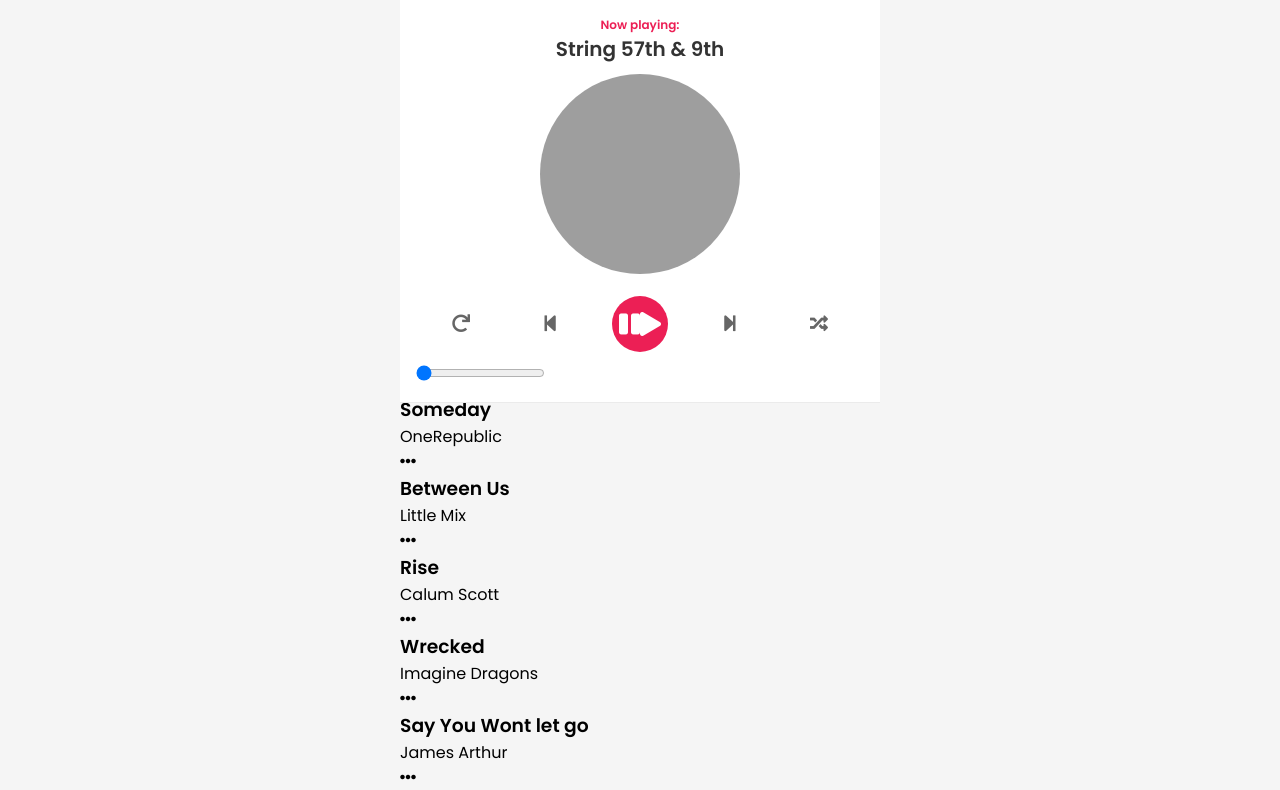
Repository: maivannhan1998/MusicPlayer.github.io
Page: index.html
These files come from the project's save history. The page is drawn as it stood at one moment and after the next save; the edit follows.
The browser window is 1280 px wide. The pictures show the whole page.
Pictures or frames that could not be fetched are drawn as grey boxes.

Above is the page before, as saved 2021-11-09 15:50:14.

### index.html
<!DOCTYPE html>
<html lang="en">
<head>
    <meta charset="UTF-8">
    <meta http-equiv="X-UA-Compatible" content="IE=edge">
    <meta name="viewport" content="width=device-width, initial-scale=1.0">
    <title>CodePlayMusic</title>
    <link rel="stylesheet" href="./assets/css/main.css">
    <link rel="stylesheet" href="https://cdnjs.cloudflare.com/ajax/libs/font-awesome/5.15.2/css/all.min.css" integrity="sha512-HK5fgLBL+xu6dm/Ii3z4xhlSUyZgTT9tuc/hSrtw6uzJOvgRr2a9jyxxT1ely+B+xFAmJKVSTbpM/CuL7qxO8w==" crossorigin="anonymous" />
    <link rel="preconnect" href="https://fonts.gstatic.com">
    <link href="https://fonts.googleapis.com/css2?family=Poppins:wght@300;400;600&display=swap" rel="stylesheet">
</head>
<body>
    <div class="player">
        <!-- Dashboard -->
        <div class="dashboard">
          <!-- Header -->
          <header>
            <h4>Now playing:</h4>
            <h2>String 57th & 9th</h2>
          </header>

          <!-- CD -->
          <div class="cd">
            <div class="cd-thumb">
            </div>
          </div>

          <!-- Control -->
          <div class="control">
                <div class="btn btn-repeat">
                    <i class="fas fa-redo"></i>
                </div>
                <div class="btn btn-prev">
                    <i class="fas fa-step-backward"></i>
                </div>
                <div class="btn btn-toggle-play">
                    <i class="fas fa-pause icon-pause"></i>
                    <i class="fas fa-play icon-play"></i>
                </div>
                <div class="btn btn-next">
                    <i class="fas fa-step-forward"></i>
                </div>
                <div class="btn btn-random">
                    <i class="fas fa-random"></i>
                </div>
          </div>

          <input id="progress" class="progress" type="range" value="0" step="1" min="0" max="100">

          <audio id="audio" src=""></audio>
        </div>

        <!-- Playlist -->
        <div class="playlist">

        </div>
      </div>
      <script>
         const $ = document.querySelector.bind(document);
         const $$ = document.querySelectorAll.bind(document);

         const app = {

            currentIndex: 0,

            songs: [
                 {
                     name: 'Easy On Me',
                     singer: 'adele',
                     path: './assets/music/song1.mp3',
                     image: './assets/img/img1.jpg'
                 }, {
                     name: 'One Right Now',
                     singer: 'Post Malone, The Weeknd',
                     path: './assets/music/song2.mp3',
                     image: './assets/img/img2.jpg'
                 }, {
                     name: 'For Tonight',
                     singer: 'Giveon',
                     path: './assets/music/song3.mp3',
                     image: './assets/img/img3.jpg'
                 }, {
                     name: 'Cold Heart',
                     singer: 'Elton John, Dua Lipa',
                     path: './assets/music/song4.mp3',
                     image: './assets/img/img4.jpg'
                 }, {
                     name: 'STAY',
                     singer: 'The Kid LAROI, Justin Bieber',
                     path: './assets/music/song5.mp3',
                     image: './assets/img/img5.jpg'
                 }, {
                     name: 'Someday',
                     singer: 'OneRepublic',
                     path: './assets/music/song6.mp3',
                     image: './assets/img/img6.jpg'
                 }, {
                     name: 'Between Us',
                     singer: 'Little Mix',
                     path: './assets/music/song7.mp3',
                     image: './assets/img/img7.jpg'
                 }, {
                     name: 'Rise',
                     singer: 'Calum Scott',
                     path: './assets/music/song8.mp3',
                     image: './assets/img/img8.jpg'
                 }, {
                     name: 'Wrecked',
                     singer: 'Imagine Dragons',
                     path: './assets/music/song9.mp3',
                     image: './assets/img/img9.jpg'
                 }, {
                     name: 'Say You Wont let go',
                     singer: 'James Arthur',
                     path: './assets/music/song10.mp3',
                     image: './assets/img/img10.jpg'
                 }
             ],

            render: function(){
                const htmls = this.songs.map((song) => {
                    return `
                        <div class="song">
                            <div class="thumb"
                                style="background-image: url('${song.image}')">
                            </div>
                            <div class="body">
                                <h3 class="title">${song.name}</h3>
                                <p class="author">${song.singer}</p>
                            </div>
                            <div class="option">
                                <i class="fas fa-ellipsis-h"></i>
                            </div>
                        </div>
                    `
                })
                $('.playlist').innerHTML = htmls.join('')
            },

            handleEvents: function() {
                const cd = $('.cd')
                const cdWidth  = cd.offsetWidth;

                 document.onscroll = function () {
                    const scrollTop = window.scrollY || document.documentElement.scrollTop;
                    const newCdWidth = cdWidth - scrollTop;

                    cd.style.width = newCdWidth > 0 ? newCdWidth + 'px' : 0;
                    cd.style.opacity = newCdWidth / cdWidth;
                 }
            },
            getCurrentSong: function() {
                return this.songs[this.currentIndex];
            },
            start: function() {

                this.handleEvents();

                console.log(this.getCurrentSong())

                this.render();
            }
        }

        app.start();

      </script>
</body>
</html>

### assets/css/main.css
:root {
  --primary-color: #ec1f55;
  --text-color: #333;
}

* {
  padding: 0;
  margin: 0;
  box-sizing: inherit;
}

body {
  background-color: #f5f5f5;
}

html {
  box-sizing: border-box;
  font-family: "Poppins", sans-serif;
}

.player {
  position: relative;
  max-width: 480px;
  margin: 0 auto;
}

.dashboard {
  position: fixed;
  padding: 16px 16px 14px;
  background-color: #fff;
  top: 0;
  width: 100%;
  max-width: 480px;
  border-bottom: 1px solid #ebebeb;
}

header {
  text-align: center;
  margin-bottom: 10px;
}

header h2 {
  color: var(--text-color);
  font-size: 20px;
}

header h4 {
  color: var(--primary-color);
  font-size: 12px;
}

.cd {
  display: flex;
  margin: auto;
  width: 200px;
}

.cd-thumb {
  background-image: url('/assets/img/maxresdefault.jpg');
  width: 100%;
  padding-top: 100%;
  border-radius: 50%;
  background-color: #333;
  background-size: cover;
  margin: auto;
}

.control {
  display: flex;
  align-items: center;
  justify-content: space-around;
  padding: 18px 0 8px 0;
}

.control .btn {
  color: #666;
  padding: 18px;
  font-size: 18px;
}

.control .btn-toggle-play {
  display: flex;
  align-items: center;
  justify-content: center;
  width: 56px;
  height: 56px;
  border-radius: 50%;
  font-size: 24px;
  color: #fff;
  background-color: var(--primary-color);
}

After the next save:
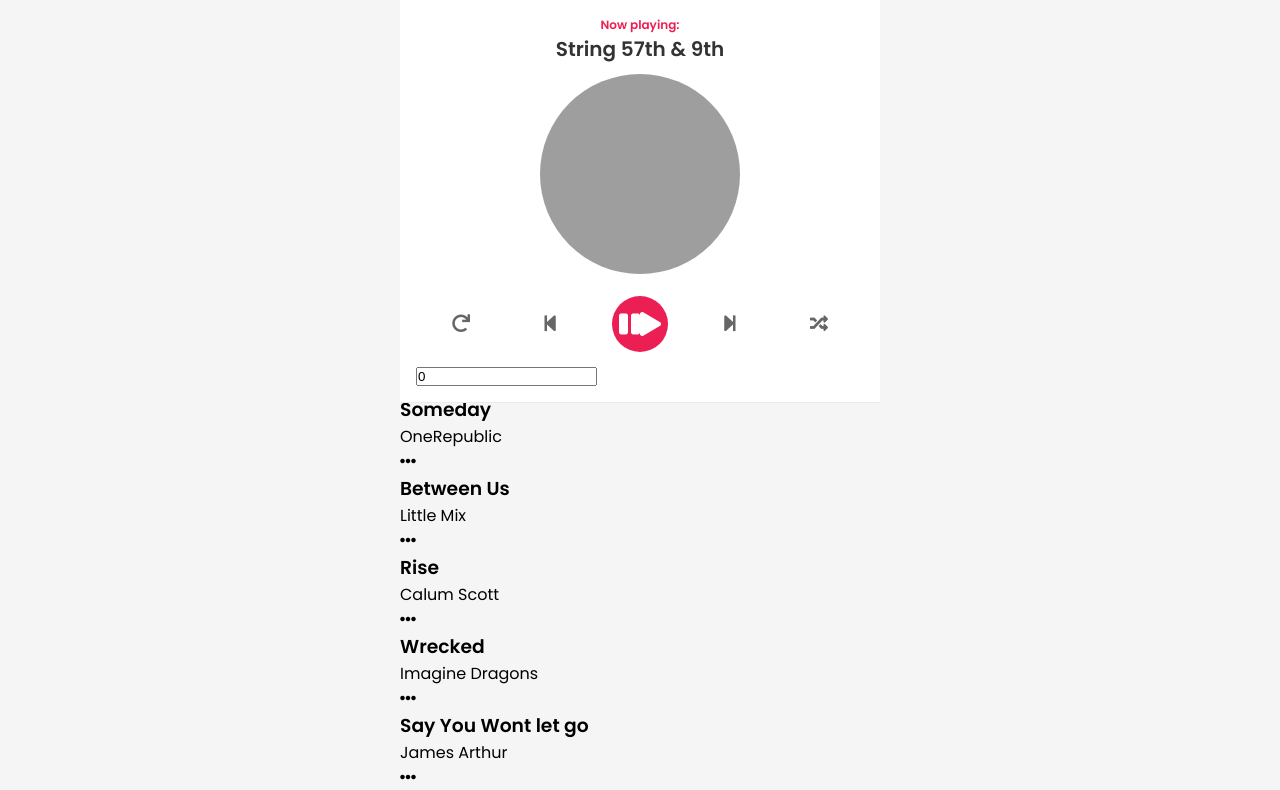
Saved 48 s later.
--- a/index.html
+++ b/index.html
@@ -46,7 +46,9 @@
                 </div>
           </div>
 
-          <input id="progress" class="progress" type="range" value="0" step="1" min="0" max="100">
+          <input id="progress" class="progress"  value="0" step="1" min="0" max="100">
+
+
 
           <audio id="audio" src=""></audio>
         </div>

After the save that followed:
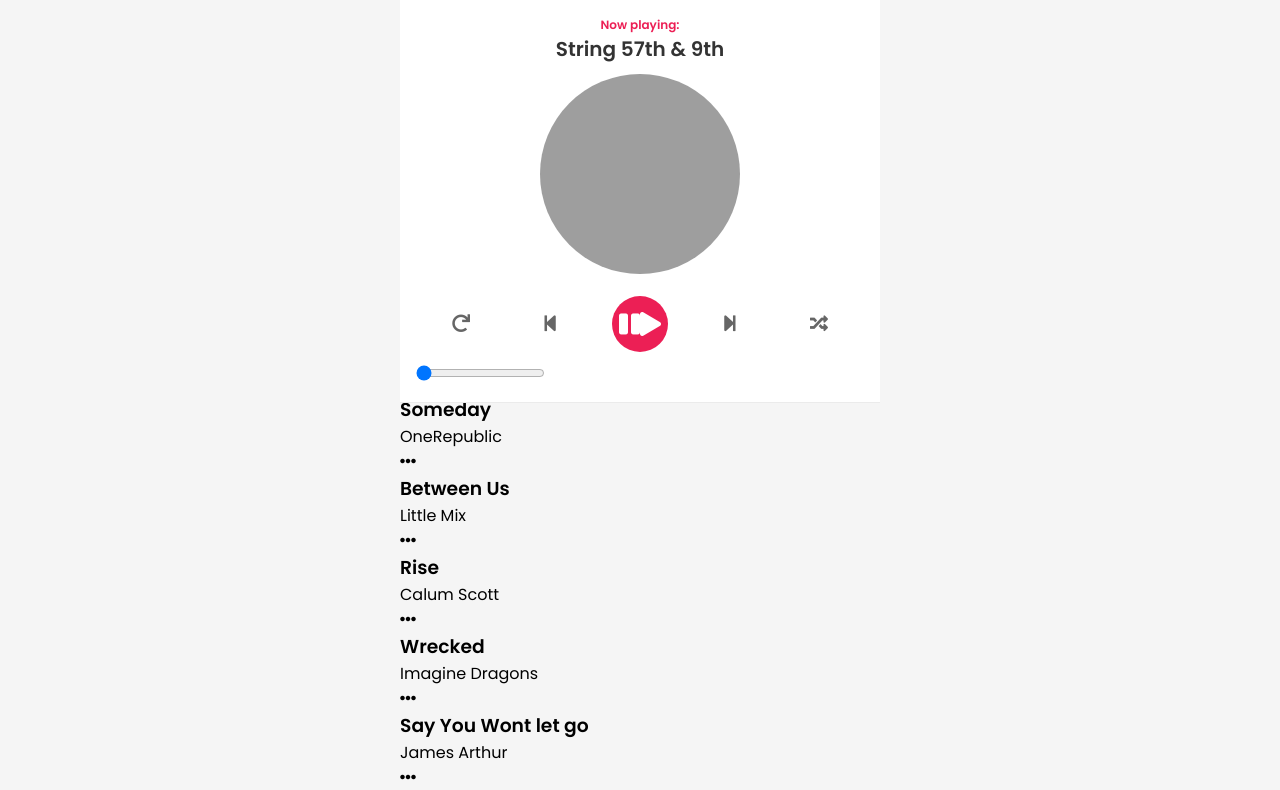
Saved 14 s later.
--- a/index.html
+++ b/index.html
@@ -46,7 +46,7 @@
                 </div>
           </div>
 
-          <input id="progress" class="progress"  value="0" step="1" min="0" max="100">
+          <input id="progress" class="progress" type="range" value="0" step="1" min="0" max="100">
 
 
 
